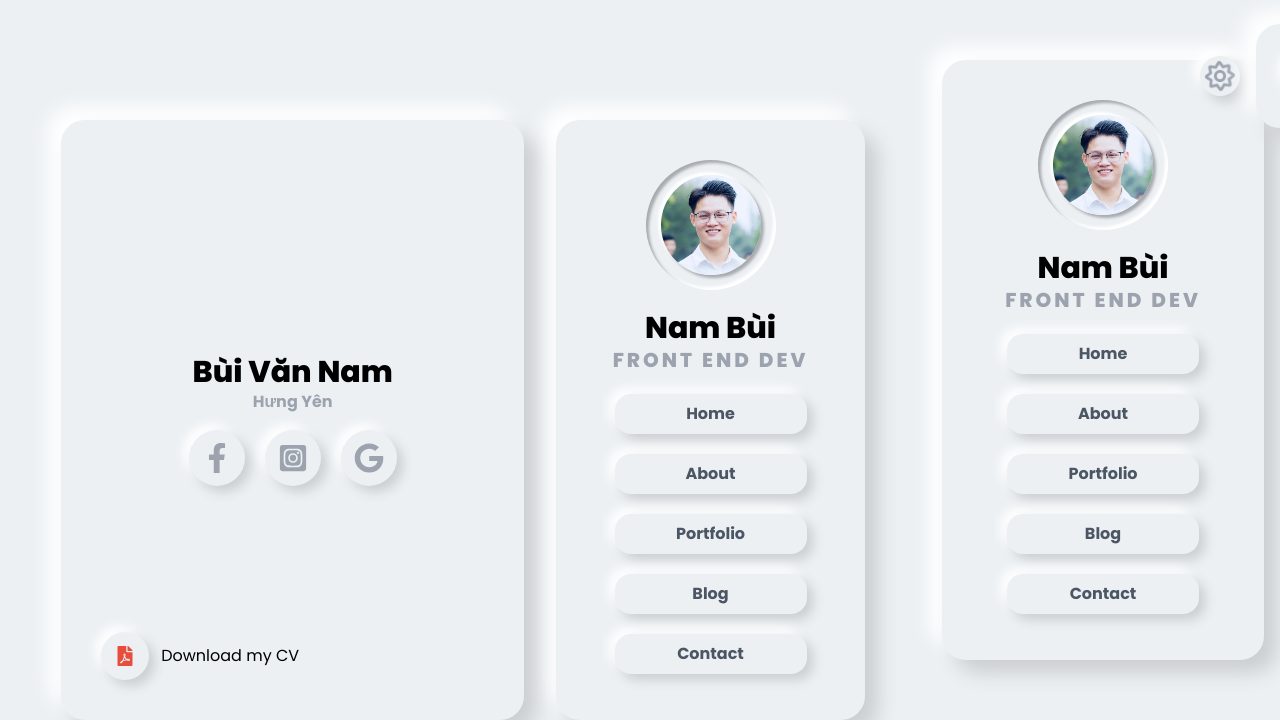
Repository: nambui98/profile_v2
Page: /contact
These files come from the project's save history. The page is drawn as it stood at one moment and after the next save; the edit follows.
The browser window is 1280 px wide. The pictures show the whole page.
The project was rebuilt for these pictures with package versions that can differ from the ones it lists, and the page was loaded fresh each time. Also part of the build but not shown: src/pages/home.tsx.

Above is the page before, as saved 2022-03-11 17:18:32.

After the next save:
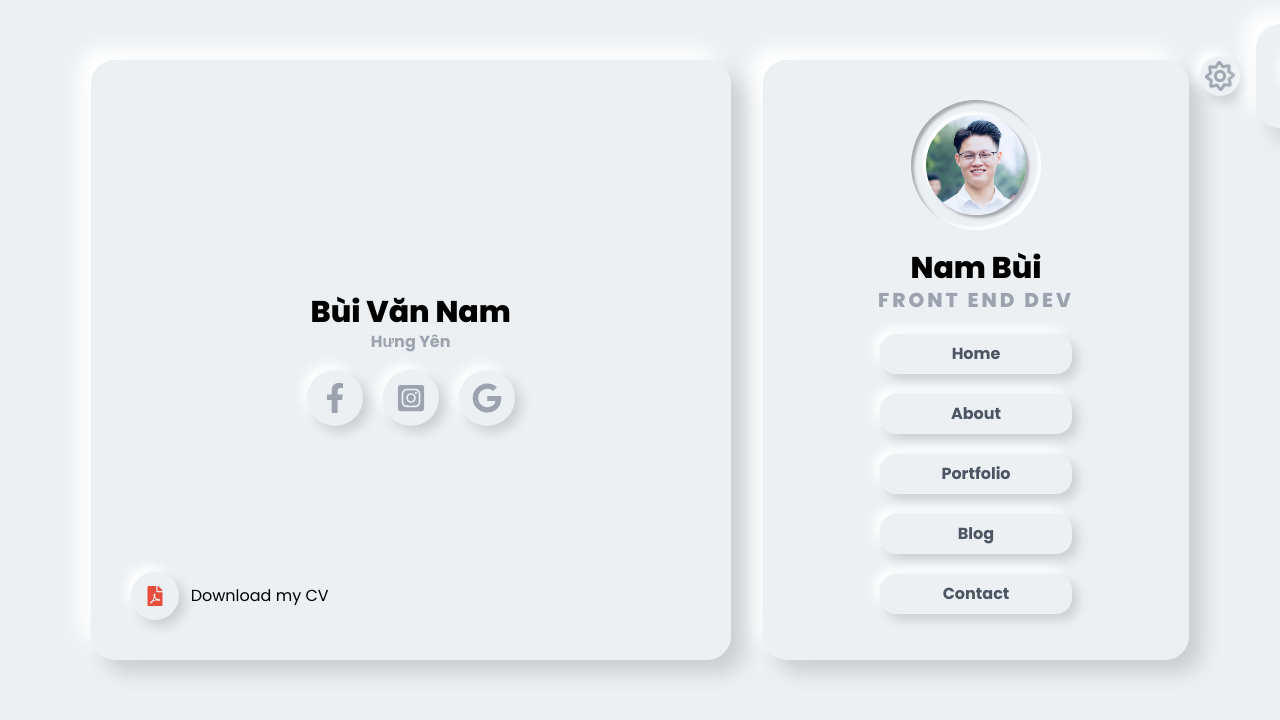
Saved 30 s later.
--- a/src/pages/contact.tsx
+++ b/src/pages/contact.tsx
@@ -7,44 +7,23 @@ const colors = require('tailwindcss/colors')
 
 export default function contact() {
     return (
-        <div className="flex h-screen w-screen items-center justify-center">
-            <div className="flex w-full items-start justify-center" style={{ height: "600px" }}>
-                <div className="relative rounded-3xl md:w-6/12 sm:w-10/12 smx:w-10/12 p-6 h-full mx-4 bg-app dark:bg-neutral-800 shadow-3xl dark:shadow-3xl-dark flex justify-center items-center flex-col">
-                    <h1 className="text-black dark:text-white text-3xl text-center font-extrabold">Bùi Văn Nam</h1>
-                    <p className="text-gray-400 dark:text-white tracking-widest font-bold">Hưng Yên</p>
-                    <div className="flex mt-4">
-                        <a href='https://www.facebook.com/songoku.bui/' target="_blank" rel="noreferrer" className="btn-shadow dark:btn-shadow-dark fb rounded-full text-center w-14 h-14"><FaFacebookF className="text-3xl" fill={colors.coolGray[400]} /></a>
-                        <a href='https://www.instagram.com/nambui27/' target="_blank" rel="noreferrer" className="btn-shadow dark:btn-shadow-dark itg rounded-full text-center w-14 h-14 mx-5"><FaInstagramSquare className="text-3xl" fill={colors.coolGray[400]} /></a>
-                        <a href='mailto:bvnam98@gmail.com' target="_blank" rel="noreferrer" className="btn-shadow dark:btn-shadow-dark gg rounded-full text-center w-14 h-14"><FaGoogle className="text-3xl" fill={colors.coolGray[400]} /></a>
-                    </div>
-                    <div className="absolute bottom-10 2xl:right-20 2xl:left-20 md:right-10 md:left-10 flex items-center justify-between">
-                        <span className="flex items-center">
-                            <a
-                                href='/cv.pdf'
-                                className="btn-shadow dark:btn-shadow-dark rounded-full text-center w-12 h-12"
-                            ><FaFilePdf className="text-xl" fill={"#e74c3c"} />
-                            </a>
-                            <span className="ml-3 dark:text-white">Download my CV</span></span>
-                        {/* <span className="flex flex-row-reverse items-center" ><button onClick={() => print('cv.pdf')} className="btn-shadow dark:btn-shadow-dark rounded-full text-center w-12 h-12"><FaPrint className="text-xl" fill={"#e74c3c"} /></button><span className="mr-3 dark:text-white">Print my resume</span></span> */}
-                    </div>
-                </div>
-                <div className="rounded-3xl w-4/12 md:flex sm:hidden smx:hidden h-full mx-4 bg-app shadow-3xl dark:bg-neutral-800 dark:shadow-3xl-dark flex items-center flex-col py-10 px-6">
-                    <div className="wrap-avatar dark:wrap-avatar-dark">
-                        <div className="avatar">
-                            <img src={Avatar} alt="" />
-                        </div>
-                    </div>
-                    <h1 className="text-black dark:text-white font-extrabold tracking-widest text-3xl mt-5">Nam Bùi</h1>
-                    <h1 className="text-gray-400 dark:text-white font-extrabold tracking-max text-xl">FRONT END DEV</h1>
-                    <ul>
-                        <li className="text-gray-600 dark:text-white font-bold btn-shadow dark:btn-shadow-dark w-48 h-10 rounded-2xl mt-5">Home</li>
-                        <li className="text-gray-600 dark:text-white font-bold btn-shadow dark:btn-shadow-dark w-48 h-10 rounded-2xl mt-5">About</li>
-                        <li className="text-gray-600 dark:text-white font-bold btn-shadow dark:btn-shadow-dark w-48 h-10 rounded-2xl mt-5"><a href="https://namportfolio.netlify.app/" target="_blank" rel="noreferrer">Portfolio</a> </li>
-                        <li className="text-gray-600 dark:text-white font-bold btn-shadow dark:btn-shadow-dark w-48 h-10 rounded-2xl mt-5"><a href="https://web3-blog.netlify.app/" target="_blank" rel="noreferrer">Blog</a> </li>
-                        <li className="text-gray-600 dark:text-white font-bold btn-shadow dark:btn-shadow-dark w-48 h-10 rounded-2xl mt-5"><Link to="/contact">Contact</Link> </li>
-                    </ul>
-                </div>
-
+        <div className="relative rounded-3xl md:w-6/12 sm:w-10/12 smx:w-10/12 p-6 h-full mx-4 bg-app dark:bg-neutral-800 shadow-3xl dark:shadow-3xl-dark flex justify-center items-center flex-col">
+            <h1 className="text-black dark:text-white text-3xl text-center font-extrabold">Bùi Văn Nam</h1>
+            <p className="text-gray-400 dark:text-white tracking-widest font-bold">Hưng Yên</p>
+            <div className="flex mt-4">
+                <a href='https://www.facebook.com/songoku.bui/' target="_blank" rel="noreferrer" className="btn-shadow dark:btn-shadow-dark fb rounded-full text-center w-14 h-14"><FaFacebookF className="text-3xl" fill={colors.coolGray[400]} /></a>
+                <a href='https://www.instagram.com/nambui27/' target="_blank" rel="noreferrer" className="btn-shadow dark:btn-shadow-dark itg rounded-full text-center w-14 h-14 mx-5"><FaInstagramSquare className="text-3xl" fill={colors.coolGray[400]} /></a>
+                <a href='mailto:bvnam98@gmail.com' target="_blank" rel="noreferrer" className="btn-shadow dark:btn-shadow-dark gg rounded-full text-center w-14 h-14"><FaGoogle className="text-3xl" fill={colors.coolGray[400]} /></a>
+            </div>
+            <div className="absolute bottom-10 2xl:right-20 2xl:left-20 md:right-10 md:left-10 flex items-center justify-between">
+                <span className="flex items-center">
+                    <a
+                        href='/cv.pdf'
+                        className="btn-shadow dark:btn-shadow-dark rounded-full text-center w-12 h-12"
+                    ><FaFilePdf className="text-xl" fill={"#e74c3c"} />
+                    </a>
+                    <span className="ml-3 dark:text-white">Download my CV</span></span>
+                {/* <span className="flex flex-row-reverse items-center" ><button onClick={() => print('cv.pdf')} className="btn-shadow dark:btn-shadow-dark rounded-full text-center w-12 h-12"><FaPrint className="text-xl" fill={"#e74c3c"} /></button><span className="mr-3 dark:text-white">Print my resume</span></span> */}
             </div>
         </div>
     )
